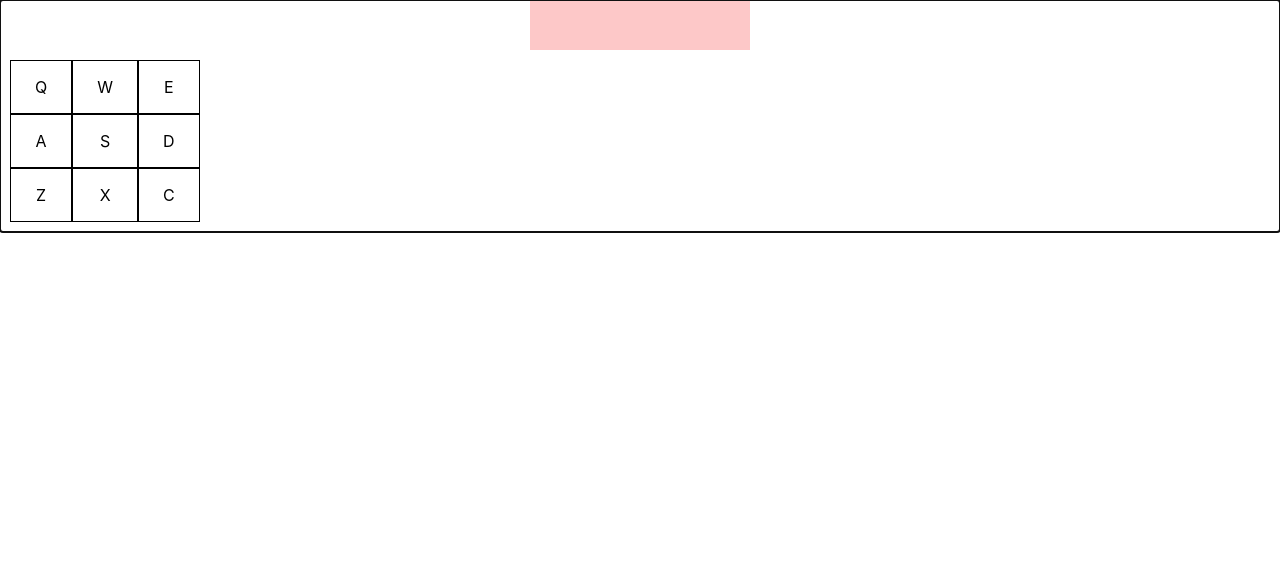
Repository: milac0/drum-machine
Page: /
These files come from the project's save history. The page is drawn as it stood at one moment and after the next save; the edit follows.
The browser window is 1280 px wide. The pictures show the whole page.
The project was rebuilt for these pictures with package versions that can differ from the ones it lists, and the page was loaded fresh each time.

Above is the page before, as saved 2019-10-25 17:10:45.

### public/index.html
<!DOCTYPE html>
<html lang="en">
  <head>
    <meta charset="utf-8" />
    <link rel="shortcut icon" href="%PUBLIC_URL%/favicon.ico" />
    <meta name="viewport" content="width=device-width, initial-scale=1" />
    <meta name="theme-color" content="#000000" />
    <!--
      manifest.json provides metadata used when your web app is installed on a
      user's mobile device or desktop. See https://developers.google.com/web/fundamentals/web-app-manifest/
    -->
    <link rel="manifest" href="%PUBLIC_URL%/manifest.json" />
    <!--
      Notice the use of %PUBLIC_URL% in the tags above.
      It will be replaced with the URL of the `public` folder during the build.
      Only files inside the `public` folder can be referenced from the HTML.

      Unlike "/favicon.ico" or "favicon.ico", "%PUBLIC_URL%/favicon.ico" will
      work correctly both with client-side routing and a non-root public URL.
      Learn how to configure a non-root public URL by running `npm run build`.
    -->
    <title>Drum Machine</title>
  </head>
  <body>
    <noscript>You need to enable JavaScript to run this app.</noscript>
    <div id="root"></div>
    <!--
      This HTML file is a template.
      If you open it directly in the browser, you will see an empty page.

      You can add webfonts, meta tags, or analytics to this file.
      The build step will place the bundled scripts into the <body> tag.

      To begin the development, run `npm start` or `yarn start`.
      To create a production bundle, use `npm run build` or `yarn build`.
    -->
    <script src="https://cdn.freecodecamp.org/testable-projects-fcc/v1/bundle.js"></script>
  </body>
</html>

### src/index.css
html {
  height: 100%;
}

body {
  margin: 0;
  padding: 0;
  height: 100%;
  min-height: 100%;
  width: 100%;
  font-family: -apple-system, BlinkMacSystemFont, "Segoe UI", "Roboto", "Oxygen",
    "Ubuntu", "Cantarell", "Fira Sans", "Droid Sans", "Helvetica Neue",
    sans-serif;
  -webkit-font-smoothing: antialiased;
  -moz-osx-font-smoothing: grayscale;
}
#root{
  height: 100%;
}
code {
  font-family: source-code-pro, Menlo, Monaco, Consolas, "Courier New",
    monospace;
}

### src/App.js
import React from "react";
import "./App.css";
import DrumPad from "./Components/DrumPad";

class App extends React.Component {
  constructor(props) {
    super(props);
    this.references = {};
    this.state = { display: "" };
    this.keyPressRef = React.createRef();
    this.handleClick = this.handleClick.bind(this);
    this.handleKeyDown = this.handleKeyDown.bind(this);
    this.getOrCreateRef = this.getOrCreateRef.bind(this);
    this.setDisplay = this.setDisplay.bind(this);
  }

  componentDidMount() {
    this.keyPressRef.current.focus();
  }

  handleClick = id => {
    // console.log(this.references[id].current);
    this.references[id].current.play();
    this.references[id].current.currentTime = 0;
    this.setDisplay(id);
  };

  handleKeyDown = e => {
    if (this.references.hasOwnProperty(e.key.toUpperCase())) {
      this.references[e.key.toUpperCase()].current.play();
      this.references[e.key.toUpperCase()].current.currentTime = 0;
    }
    this.setDisplay(e.key.toUpperCase());
  };

  setDisplay(id) {
    let display;
    try {
      display = drums.filter(elem => elem.id === id)[0].text;
    } catch {
      display = this.state.display;
    }
    console.log(display);
    this.setState({ display });
  }

  getOrCreateRef(id) {
    if (!this.references.hasOwnProperty(id)) {
      return (this.references[id] = React.createRef());
    } else return this.references[id];
  }

  render() {
    return (
      <div
        id="drum-machine"
        ref={this.keyPressRef}
        onKeyDown={this.handleKeyDown}
        tabIndex="0"
      >
        <div id="display">
          <p>{this.state.display}</p>
        </div>
        <div id="drum-pads">
          {drums.map((elem, i) => (
            <DrumPad
              name={elem.text}
              ref={this.getOrCreateRef(elem.id)}
              clickHandler={this.handleClick}
              id={elem.id}
              src={elem.src}
              key={i}
            />
          ))}
        </div>
      </div>
    );
  }
}

const drums = [
  {
    id: "Q",
    text: "hit the nail",
    src:
      "https://sampleswap.org/samples-ghost/DRUMS%20(SINGLE%20HITS)/Kicks/16[kb]808bd.aif.mp3"
  },
  {
    id: "W",
    text: "badong",
    src:
      "https://sampleswap.org/samples-ghost/DRUMS%20(SINGLE%20HITS)/Kicks/152[kb]808bd3.aif.mp3"
  },
  {
    id: "E",
    text: "stop kick",
    src:
      "https://sampleswap.org/samples-ghost/DRUMS%20(SINGLE%20HITS)/Kicks/15[kb]808bd2.aif.mp3"
  },
  {
    id: "A",
    text: "pang",
    src:
      "https://sampleswap.org/samples-ghost/DRUMS%20(SINGLE%20HITS)/Kicks/152[kb]808distbd.aif.mp3"
  },
  {
    id: "S",
    text: "boing",
    src:
      "https://sampleswap.org/samples-ghost/DRUMS%20(SINGLE%20HITS)/Kicks/67[kb]808sub.aif.mp3"
  },
  {
    id: "D",
    text: "absolute insane kikdrum",
    src:
      "https://sampleswap.org/samples-ghost/DRUMS%20(SINGLE%20HITS)/Kicks/69[kb]absolutely-insane-kikdrum.wav.mp3"
  },
  {
    id: "Z",
    text: "absurdistan kick",
    src:
      "https://sampleswap.org/samples-ghost/DRUMS%20(SINGLE%20HITS)/Kicks/34[kb]absurdistan-kick.wav.mp3"
  },
  {
    id: "X",
    text: "backwards in crash",
    src:
      "https://sampleswap.org/samples-ghost/DRUMS%20(SINGLE%20HITS)/Gongs%20and%20Super%20Crashes/61[kb]backwards-in-crash.aif.mp3"
  },
  {
    id: "C",
    text: "cymbals",
    src:
      "https://sampleswap.org/samples-ghost/DRUMS%20(SINGLE%20HITS)/Cymbals/100[kb]curiouscym1.aif.mp3"
  }
];

export default App;

### src/App.css
#drum-pads {
  max-width: 40%;
  height: auto;
  margin: 0 auto;
  padding: 10px;
  position: relative;
  margin: 0 auto;
  align-self: auto;
  display: inline-grid;
}

#display {
  margin: 0 auto;
  height: 30px;
  width: 200px;
  padding: 10px;
  background: #FDC8C8;
  text-align: center;
}

.drum-pad {
  text-align: center;
  border: 1px solid black;
  padding: 1rem 1.5rem;
}

#W {
  grid-column-start: 2;
  grid-column-end: 3;
}

#E {
  grid-column-start: 3;
  grid-column-end: 4;
}

.drum-pad:hover {
  cursor: pointer;
}

### src/Components/DrumPad.js
import React from "react";

const DrumPad = React.forwardRef((props, ref) => (
  <div
    className="drum-pad"
    id={props.id}
    onClick={() => props.clickHandler(props.id)}
    text={props.name}
  >
    {props.id}
    <audio ref={ref} src={props.src} className="clip" id={props.id}></audio>
  </div>
));

export default DrumPad;

Loaded but not shown: src/index.js (common file)

After the next save:
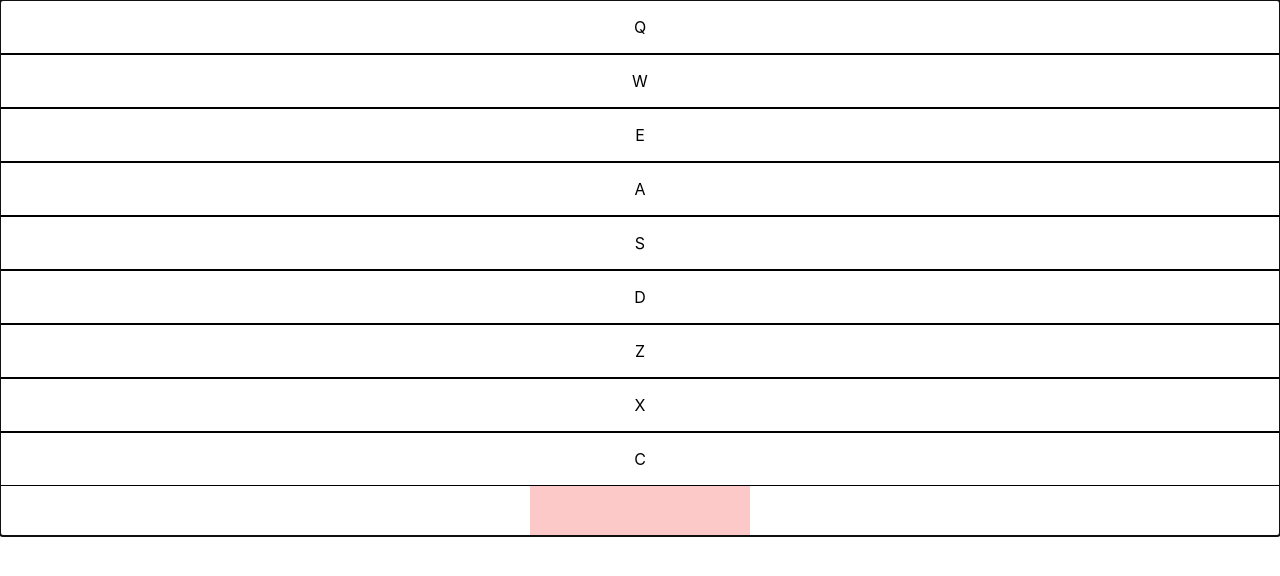
Saved 65 s later.
--- a/src/App.js
+++ b/src/App.js
@@ -58,10 +58,9 @@ class App extends React.Component {
         onKeyDown={this.handleKeyDown}
         tabIndex="0"
       >
-        <div id="display">
-          <p>{this.state.display}</p>
-        </div>
-        <div id="drum-pads">
+
+
+        {/* <div id="drum-pads"> */}
           {drums.map((elem, i) => (
             <DrumPad
               name={elem.text}
@@ -72,7 +71,8 @@ class App extends React.Component {
               key={i}
             />
           ))}
-        </div>
+        {/* </div> */}
+        <p id="display">{this.state.display}</p>
       </div>
     );
   }
